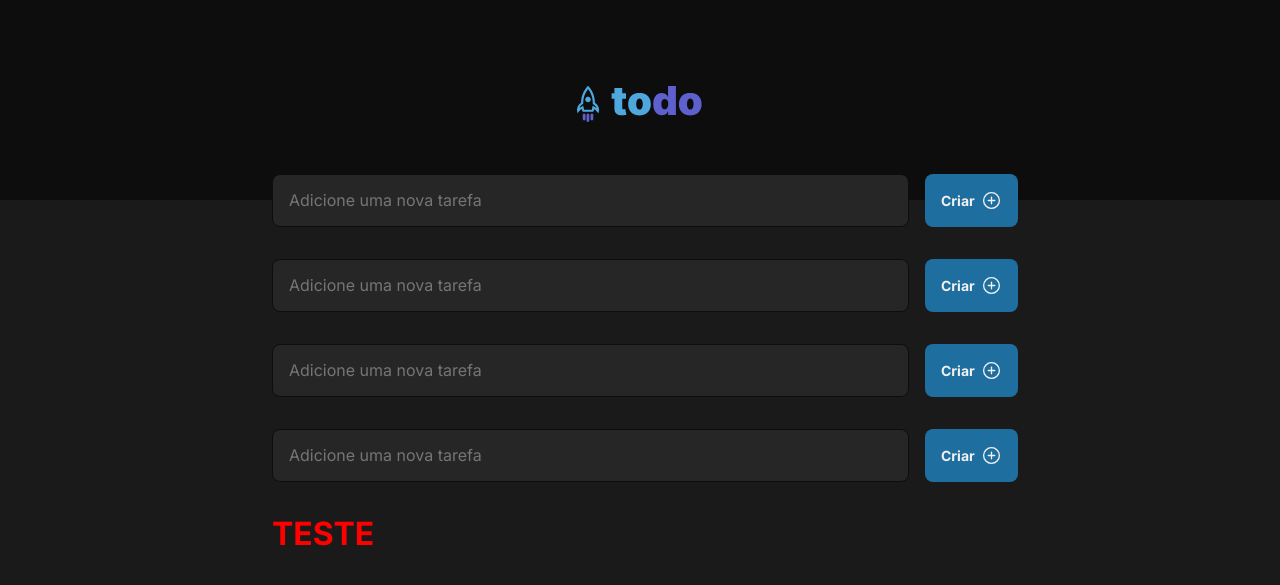
Repository: viniimartins/ToDoListROCKETSEAT
Page: /
The author's editor kept a copy of each file at every save. The page is drawn from the files as they stood at one save, then again after the next save.
The browser window is 1280 px wide. The pictures show the whole page.
The project was rebuilt for these pictures with package versions that can differ from the ones it lists, and the page was loaded fresh each time. Also part of the build but not shown: vite.config.ts.

Above is the page before, as saved 2023-05-05 15:28:10.

After the next save:
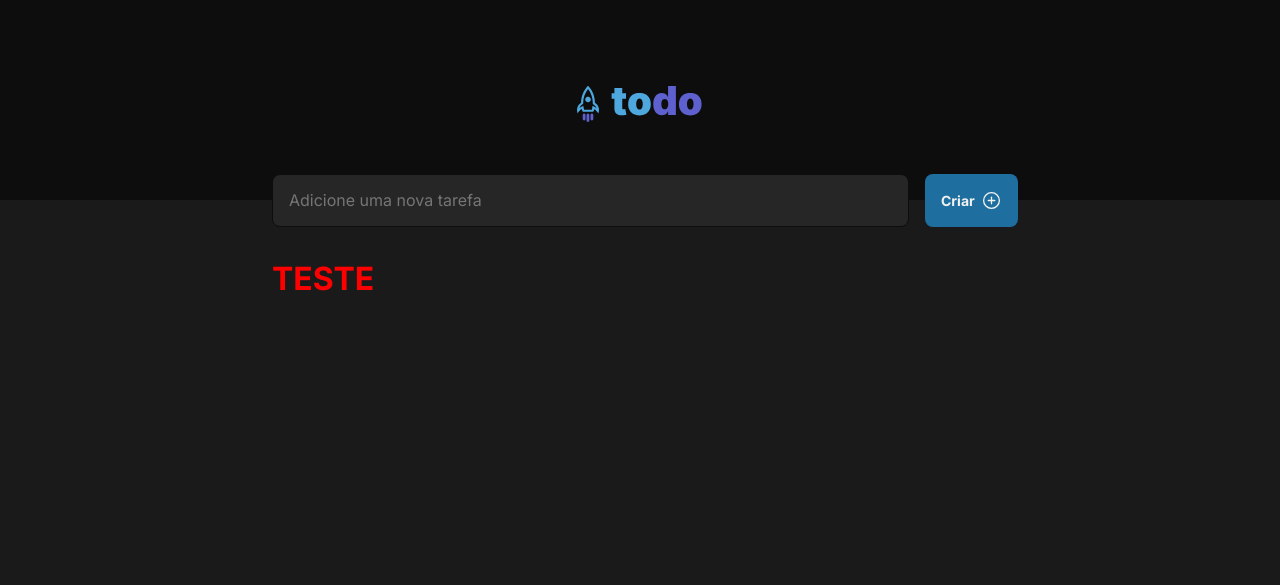
Saved 7 s later.
--- a/src/App.tsx
+++ b/src/App.tsx
@@ -13,9 +13,6 @@ export function App() {
 
         <main className={styles.wrapper}>
           <AddTask />
-          <AddTask />
-          <AddTask />
-          <AddTask />
 
           <Task />
         </main>
